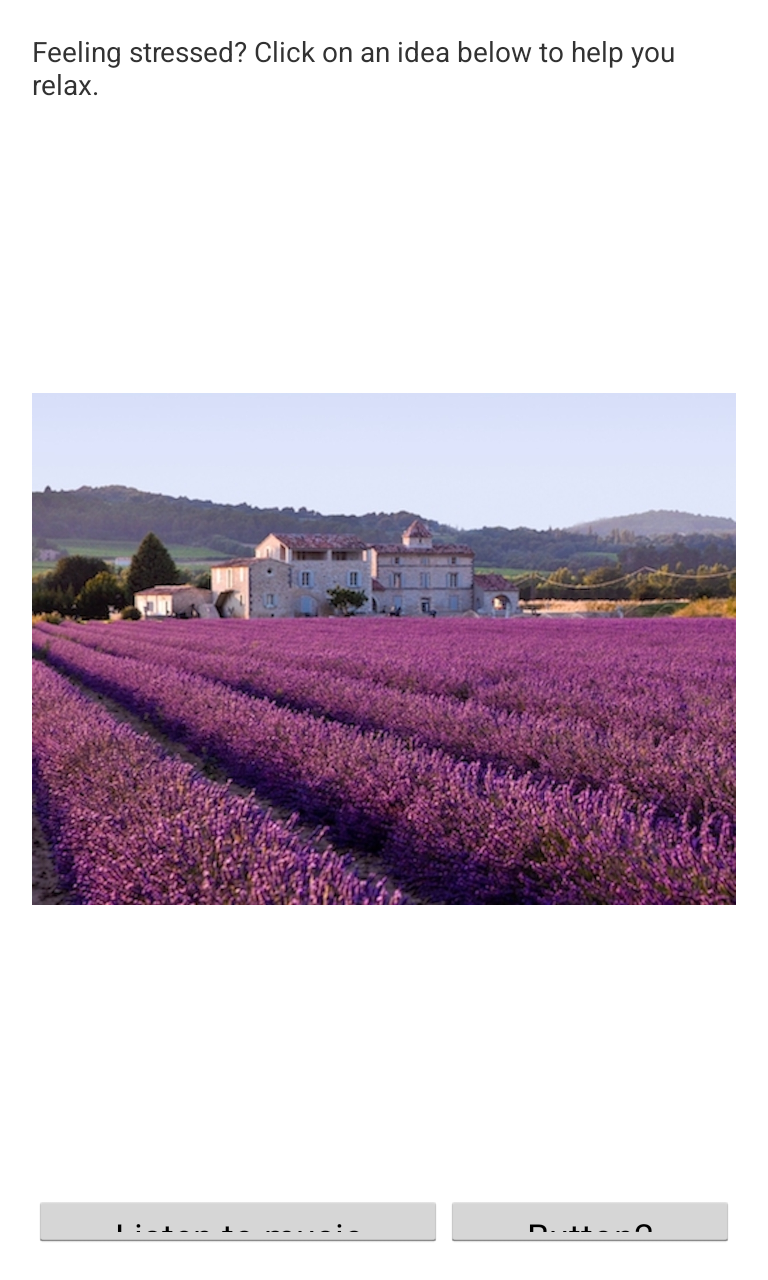
Repository: LSummers33/Apps101
Layout: Self-Care/res/layout/activity_main.xml
The author's editor kept a copy of each file at every save. The layout is drawn from the files as they stood at one save, then again after the next save.
It is drawn on a 768 x 1280 px phone screen (xhdpi) without system bars, with theme AppTheme; the app's code is not run.

Above is the layout before, as saved 2014-01-26 21:06:31.

### Self-Care/res/layout/activity_main.xml
<LinearLayout xmlns:android="http://schemas.android.com/apk/res/android"
    xmlns:tools="http://schemas.android.com/tools"
    android:layout_width="match_parent"
    android:layout_height="match_parent"
    android:paddingBottom="@dimen/activity_vertical_margin"
    android:paddingLeft="@dimen/activity_horizontal_margin"
    android:paddingRight="@dimen/activity_horizontal_margin"
    android:paddingTop="@dimen/activity_vertical_margin"
    android:orientation="vertical"
    tools:context=".MainActivity" >

    <TextView
        android:id="@+id/textView1"
        android:layout_width="wrap_content"
        android:layout_height="wrap_content"
        android:text="@string/hello_world" />

    <ImageView
        android:id="@+id/imageView1"
        android:layout_width="wrap_content"
        android:layout_height="wrap_content"
        android:contentDescription="@string/image"
        android:src="@drawable/lavender_field" />

<LinearLayout
    	android:layout_width="match_parent"
    	android:layout_height="wrap_content"
    	android:orientation="horizontal">

    <Button
        android:id="@+id/button1"
        android:layout_width="wrap_content"
        android:layout_height="wrap_content"
        android:onClick="listen"
        android:layout_weight="1"
        android:text="@string/button1" />

    <Button
        android:id="@+id/button2"
        android:layout_width="wrap_content"
        android:layout_height="wrap_content"
        android:layout_weight="1"
        android:text="@string/button2" />
</LinearLayout>
</LinearLayout>

### Self-Care/res/values/strings.xml
<?xml version="1.0" encoding="utf-8"?>
<resources>

    <string name="app_name">Self-Care</string>
    <string name="action_settings">Settings</string>
    <string name="hello_world">Feeling stressed? Click on an idea
        below to help you relax.</string>
    <string name="button1">Listen to music</string>
    <string name="button2">Button2</string>
    <string name="title_activity_music">MusicActivity</string>
    <string name="image">Smell the soothing scent of lavender while you
        relax and listen to the music.</string>

</resources>

Loaded but not shown: Self-Care/res/values/styles.xml (common file); Self-Care/res/values-v11/styles.xml (common file); Self-Care/res/values-v14/styles.xml (common file); Self-Care/res/values/dimens.xml (common file)

After the next save:
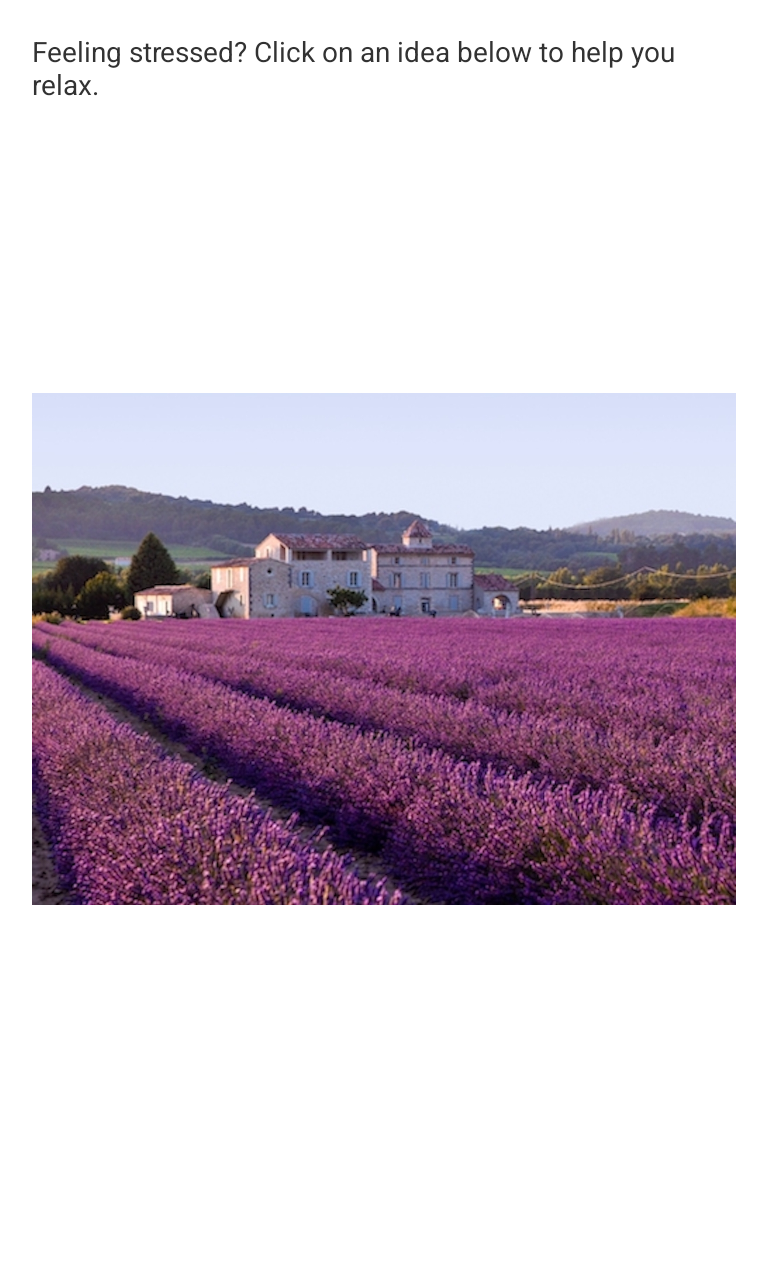
Saved 5 min 12 s later.
--- a/Self-Care/res/layout/activity_main.xml
+++ b/Self-Care/res/layout/activity_main.xml
@@ -1,3 +1,4 @@
+
 <LinearLayout xmlns:android="http://schemas.android.com/apk/res/android"
     xmlns:tools="http://schemas.android.com/tools"
     android:layout_width="match_parent"
@@ -22,6 +23,11 @@
         android:contentDescription="@string/image"
         android:src="@drawable/lavender_field" />
 
+<RelativeLayout>
+    android:layout_alignParentBottom="true"
+       	android:layout_width="match_parent"
+    	android:layout_height="wrap_content"
+
 <LinearLayout
     	android:layout_width="match_parent"
     	android:layout_height="wrap_content"
@@ -42,4 +48,5 @@
         android:layout_weight="1"
         android:text="@string/button2" />
 </LinearLayout>
+</RelativeLayout>
 </LinearLayout>

After the save that followed:
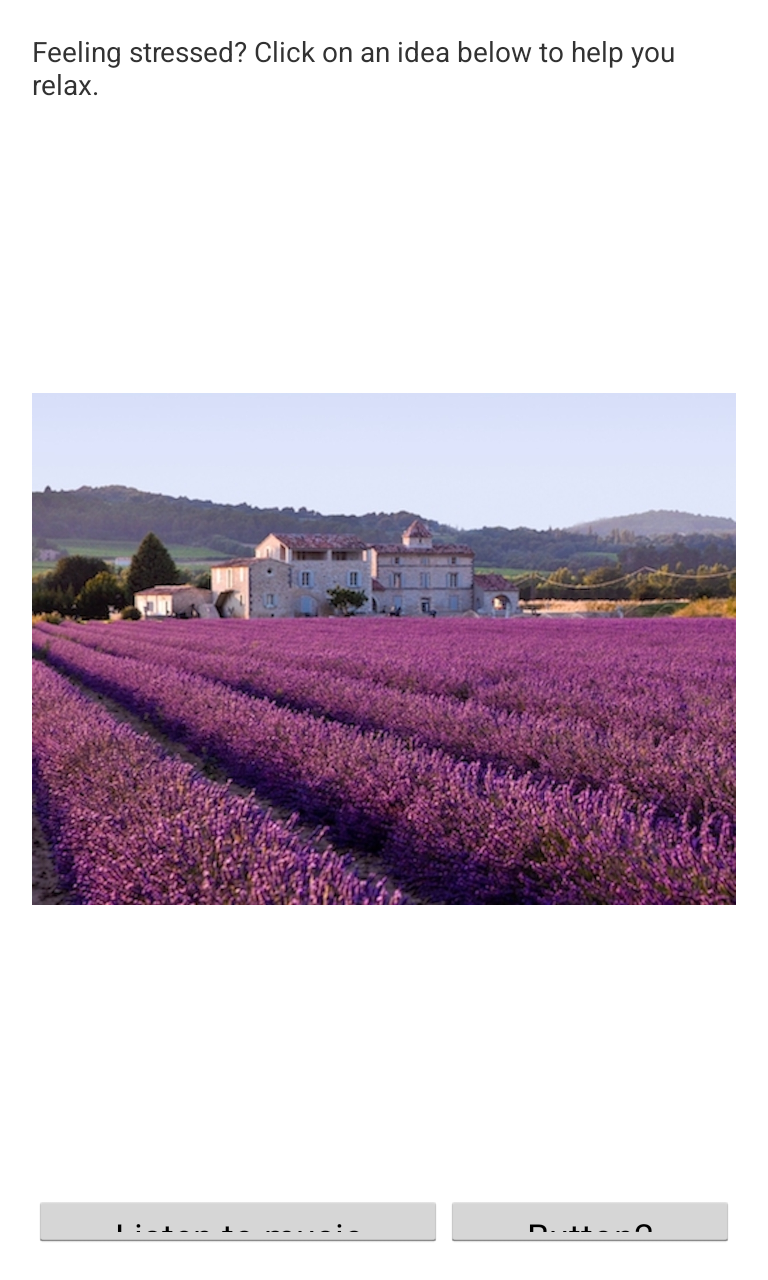
Saved 45 s later.
--- a/Self-Care/res/layout/activity_main.xml
+++ b/Self-Care/res/layout/activity_main.xml
@@ -23,10 +23,10 @@
         android:contentDescription="@string/image"
         android:src="@drawable/lavender_field" />
 
-<RelativeLayout>
+<RelativeLayout
     android:layout_alignParentBottom="true"
        	android:layout_width="match_parent"
-    	android:layout_height="wrap_content"
+    	android:layout_height="wrap_content">
 
 <LinearLayout
     	android:layout_width="match_parent"
